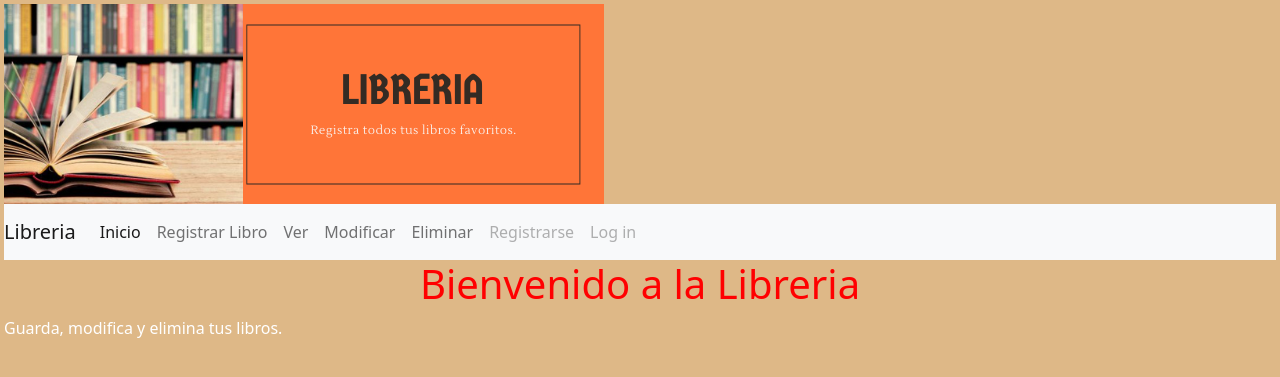
Repository: frnalonso/libreria
Page: src/main/resources/templates/index.html
These files come from the project's save history. The page is drawn as it stood at one moment and after the next save; the edit follows.
The browser window is 1280 px wide. The pictures show the whole page.

Above is the page before, as saved 2021-11-12 09:58:10.

### src/main/resources/templates/index.html

<!doctype html>
<html lang="en">
  <head>
    <!-- Required meta tags -->
    <meta charset="utf-8">
    <meta name="viewport" content="width=device-width, initial-scale=1">

    <!-- Bootstrap CSS -->
    <link href="https://cdn.jsdelivr.net/npm/bootstrap@5.1.3/dist/css/bootstrap.min.css" rel="stylesheet" integrity="sha384-1BmE4kWBq78iYhFldvKuhfTAU6auU8tT94WrHftjDbrCEXSU1oBoqyl2QvZ6jIW3" crossorigin="anonymous">
    <link rel="stylesheet" href="/css/index.css"/>
    <title>Inicio</title>
    <img src="/images/banner_libreria.png" alt="foto">
  </head>
  <body class="p-1 text-white">
    <nav class="navbar navbar-expand-lg navbar-light bg-light">
        <a class="navbar-brand" href="/">Libreria</a>
        <button class="navbar-toggler" type="button" data-toggle="collapse" data-target="#navbarNavAltMarkup" aria-controls="navbarNavAltMarkup" aria-expanded="false" aria-label="Toggle navigation">
          <span class="navbar-toggler-icon"></span>
        </button>
        <div class="collapse navbar-collapse" id="navbarNavAltMarkup">
          <div class="navbar-nav">
            <a class="nav-item nav-link active" href="/">Inicio <span class="sr-only"></span></a>
            <a class="nav-item nav-link" href="/registro">Registrar Libro</a>
            <a class="nav-item nav-link" href="/mostrar">Ver</a>
            <a class="nav-item nav-link" href="/modificar/{id}">Modificar</a>
            <a class="nav-item nav-link" href="/eliminar">Eliminar</a>
            <a class="nav-item nav-link disabled" href="Log in">Registrarse</a>
            <a class="nav-item nav-link disabled" href="Log in">Log in</a>
          </div>
        </div>
      </nav>
    <h1>Bienvenido a la Libreria</h1>
    <p>Guarda, modifica y elimina tus libros.</p>
    <!-- Optional JavaScript; choose one of the two! -->

    <!-- Option 1: Bootstrap Bundle with Popper -->
    <script src="https://cdn.jsdelivr.net/npm/bootstrap@5.1.3/dist/js/bootstrap.bundle.min.js" integrity="sha384-ka7Sk0Gln4gmtz2MlQnikT1wXgYsOg+OMhuP+IlRH9sENBO0LRn5q+8nbTov4+1p" crossorigin="anonymous"></script>

    <!-- Option 2: Separate Popper and Bootstrap JS -->
    <!--
    <script src="https://cdn.jsdelivr.net/npm/@popperjs/core@2.10.2/dist/umd/popper.min.js" integrity="sha384-7+zCNj/IqJ95wo16oMtfsKbZ9ccEh31eOz1HGyDuCQ6wgnyJNSYdrPa03rtR1zdB" crossorigin="anonymous"></script>
    <script src="https://cdn.jsdelivr.net/npm/bootstrap@5.1.3/dist/js/bootstrap.min.js" integrity="sha384-QJHtvGhmr9XOIpI6YVutG+2QOK9T+ZnN4kzFN1RtK3zEFEIsxhlmWl5/YESvpZ13" crossorigin="anonymous"></script>
    -->
  </body>
</html>

### src/main/resources/static/css/index.css
body {
    background-color:burlywood;
}

h1 {
    color: red;
    text-align: center;
}

After the next save:
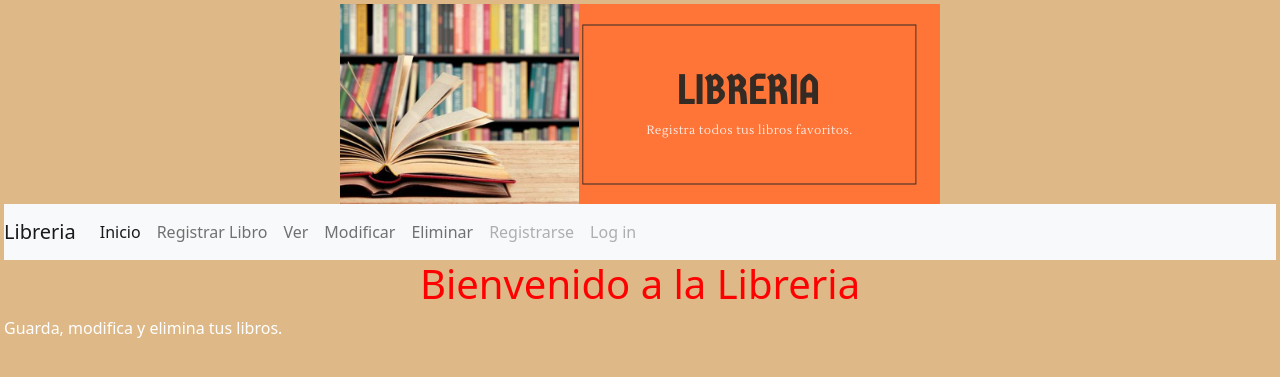
Saved 35 s later.
--- a/src/main/resources/static/css/index.css
+++ b/src/main/resources/static/css/index.css
@@ -6,3 +6,8 @@ h1 {
     color: red;
     text-align: center;
 }
+
+img {
+    display:block;
+    margin:auto;
+}
